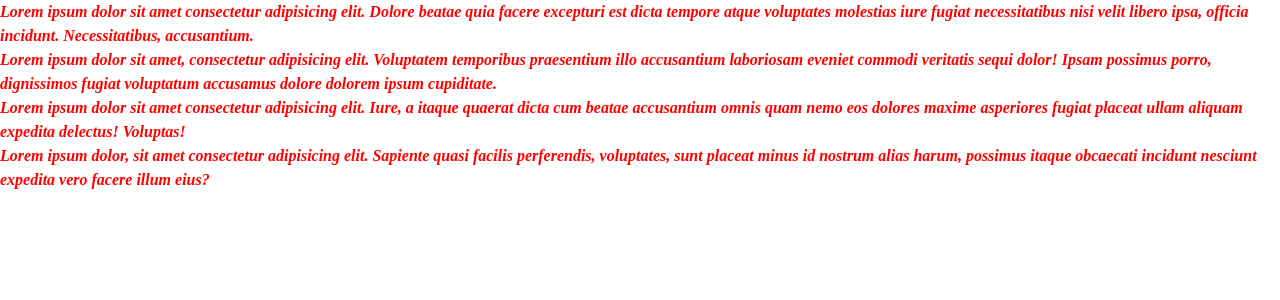
Repository: nguyenkien12345/Master-Css
Page: 1 so thuoc tinh css dac biet/index.html
These files come from the project's save history. The page is drawn as it stood at one moment and after the next save; the edit follows.
The browser window is 1280 px wide. The pictures show the whole page.

Above is the page before, as saved 2023-09-10 22:56:02.

### 1 so thuoc tinh css dac biet/index.html
<!DOCTYPE html>
<html lang="en">
<head>
    <meta charset="UTF-8">
    <meta http-equiv="X-UA-Compatible" content="IE=edge">
    <meta name="viewport" content="width=device-width, initial-scale=1.0">
    <title>1 số thuộc tính css đặc biệt</title>
</head>

    <style>
        *,
        *::before,
        *::after {
          box-sizing: border-box;
        }
        body,
        h1,
        h2,
        h3,
        h4,
        h5,
        h6,
        p,
        figure,
        picture {
          margin: 0;
        }
        body {
          min-height: 100vh;
          line-height: 1.5;
        }
        input,
        button,
        select,
        textarea {
          font: inherit;
        }
        img,
        picture {
          display: block;
          max-width: 100%;
        }
        /* remove animation for people who've turned them off */
        @media (prefers-reduced-motion: reduce) {
          *,
          *::before,
          *::after {
            animation-duration: 0.01ms !important;
            animation-iteration-count: 1 !important;
            transition-duration: 0.01ms !important;
            scroll-behavior: auto !important;
          }
        }

        /* .boxed {
            width: 100px;
            height: 100px;
            background-color: #6a5af9;
            margin-inline: auto;
        } */
        /* margin-inline: auto; tương ứng với margin-left: auto, margin-right: auto */
        /* margin-block: auto; tương ứng với margin-top: auto, margin-bottom: auto */
        /* padding-inline và padding-block tương tự như margin-inline, margin-block */
        /* --------------------------------------------------------------------------------------------------------------- */

        /* .aspect{
            aspect-ratio: 16/9;
        }

        .aspect img{
            width: 100%;
            height: 100%;
            object-fit: cover;
        } */
        /*  aspect-ratio: Hỗ trợ hiển thị ảnh theo tỷ lệ */
        /* --------------------------------------------------------------------------------------------------------------- */

        /* body {
            background-color: yellow;
            position: relative;
        }

        .child {
            position: absolute;
            top: 0;
            left: 0;
            right: 0;
            bottom: 0;
            background-color: blueviolet;
        } */
        /*
            Cách 1
            top: 0;
            left: 0;
            right: 0;
            bottom: 0;
        */
        /*
            Cách 2
            top: 0;
            left: 0;
            width: 100%;
            height: 100%;
        */
        /*
        - Thay cả 4 thằng top, bottom, left, right là inset: 0 (=> top right bottom left đều là 0)
        - inset: top right bottom left
        */

        /* selectors: is và where */
        /* div p, section p, main p,  article p {
          font-size: 16px;
          font-weight: 600;
          font-style: italic;
        } */

        div p { color: yellow; }
        section p { color: red; }
        main p { color: greenyellow; }
        article p { color: pink; }

        /* Viết theo kiểu div p, section p, main p,  article p {} quá dài dòng nên ta sẽ có cách viết khác như sau: */
        /* Thay :where bằng :is cũng cho ra kết quả tương tự */
        :is(div, section, main, article) p {
          font-size: 16px;
          font-weight: 600;
          font-style: italic;
          color: red
        }
    </style>

<body>
    <!--
      <div class="boxed">
        Evondev
      </div>
    -->

    <!--
      <div class="aspect">
        <img src="https://source.unsplash.com/random" alt=""/>
      </div>
    -->

    <!-- <div class="child"></div> -->

    <div>
      <p>Lorem ipsum dolor sit amet consectetur adipisicing elit. Dolore beatae quia facere excepturi est dicta tempore atque voluptates molestias iure fugiat necessitatibus nisi velit libero ipsa, officia incidunt. Necessitatibus, accusantium.</p>
    </div>
    <section>
      <p>Lorem ipsum dolor sit amet, consectetur adipisicing elit. Voluptatem temporibus praesentium illo accusantium laboriosam eveniet commodi veritatis sequi dolor! Ipsam possimus porro, dignissimos fugiat voluptatum accusamus dolore dolorem ipsum cupiditate.</p>
    </section>
    <main>
      <p>Lorem ipsum dolor sit amet consectetur adipisicing elit. Iure, a itaque quaerat dicta cum beatae accusantium omnis quam nemo eos dolores maxime asperiores fugiat placeat ullam aliquam expedita delectus! Voluptas!</p>
    </main>
    <article>
      <p>Lorem ipsum dolor, sit amet consectetur adipisicing elit. Sapiente quasi facilis perferendis, voluptates, sunt placeat minus id nostrum alias harum, possimus itaque obcaecati incidunt nesciunt expedita vero facere illum eius?</p>
    </article>
</body>
</html>

After the next save:
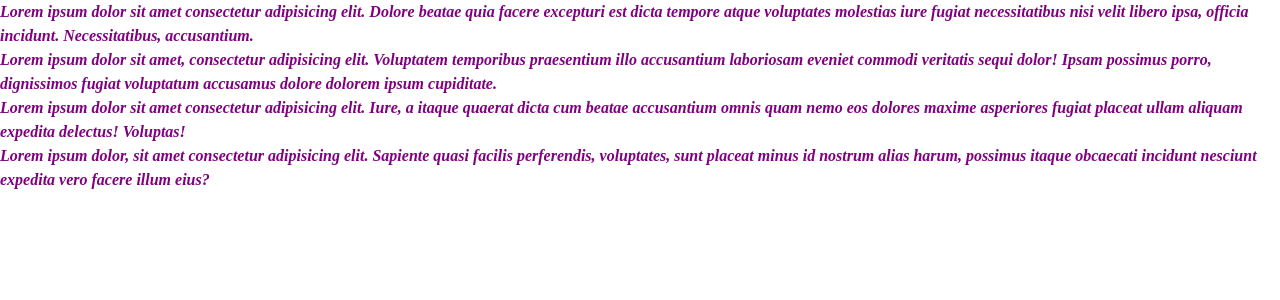
Saved 5 s later.
--- a/1 so thuoc tinh css dac biet/index.html
+++ b/1 so thuoc tinh css dac biet/index.html
@@ -125,7 +125,7 @@
           font-size: 16px;
           font-weight: 600;
           font-style: italic;
-          color: red
+          color: purple;
         }
     </style>
 
